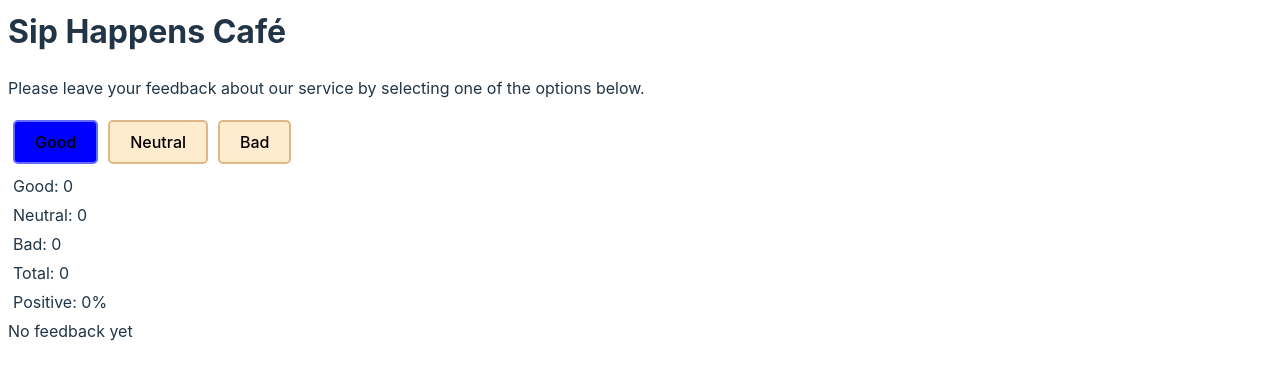
Repository: Evgeniya-Tishakova/goit-react-hw-02
Page: /
An editor plug-in stored every save of this project. The page is shown before and after the next save, followed by the edit.
The browser window is 1280 px wide. The pictures show the whole page.
The pointer rests on the first visible `button`.
The project was rebuilt for these pictures with package versions that can differ from the ones it lists, and the page was loaded fresh each time. Also part of the build but not shown: vite.config.js.

Above is the page before, as saved 2025-02-28 16:31:56.

After the next save:
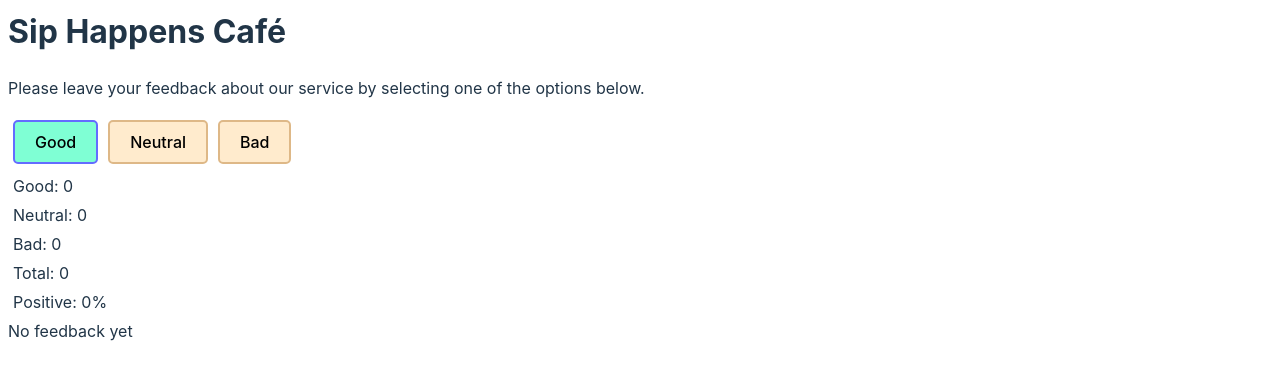
Saved 13 s later.
--- a/src/components/Options/Options.module.css
+++ b/src/components/Options/Options.module.css
@@ -8,7 +8,7 @@
 }
 
 button:hover {
-    background-color: blue;
+    background-color: aquamarine;
 }
 
 button:active {
